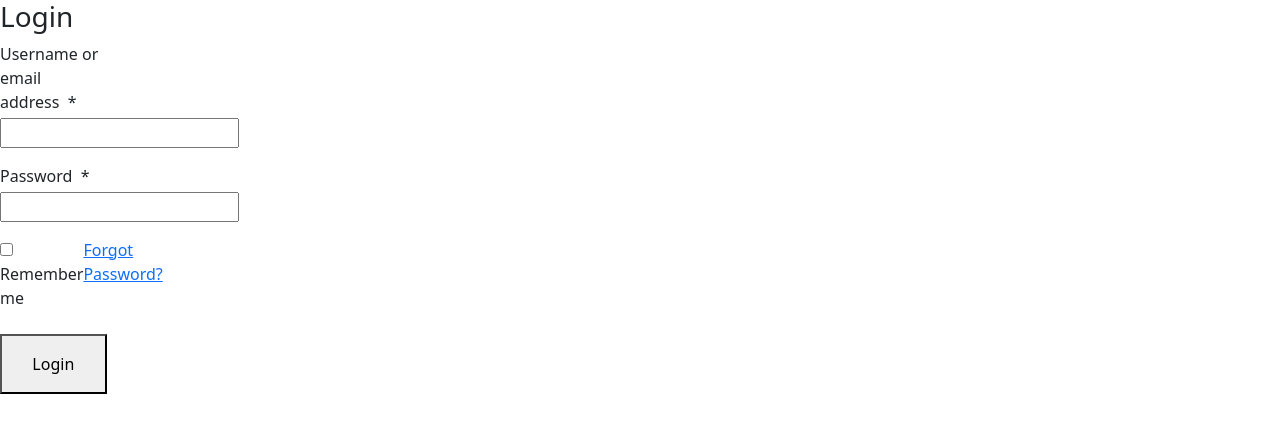
Repository: NguyenDo13/BE2-NhomH
Page: module-20,21/index.html
The author's editor kept a copy of each file at every save. The page is drawn from the files as they stood at one save, then again after the next save.
The browser window is 1280 px wide. The pictures show the whole page.

Above is the page before, as saved 2022-05-21 07:28:15.

After the next save:
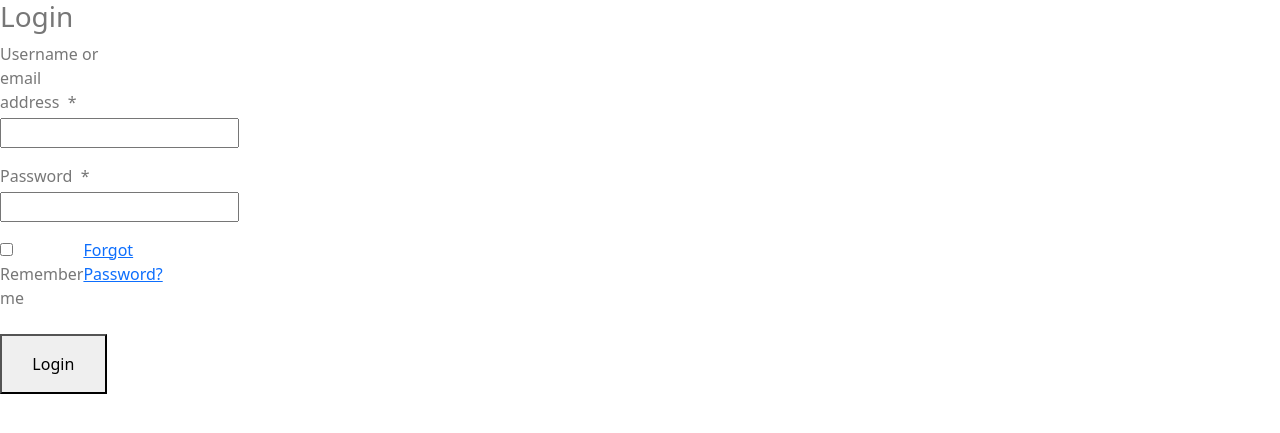
Saved 44 s later.
--- a/module-20,21/index/public/css/style.css
+++ b/module-20,21/index/public/css/style.css
@@ -1,5 +1,5 @@
 .titleinput-login {}
 
 body {
-    color: #777777;
+    color: #777777 !important;
 }
